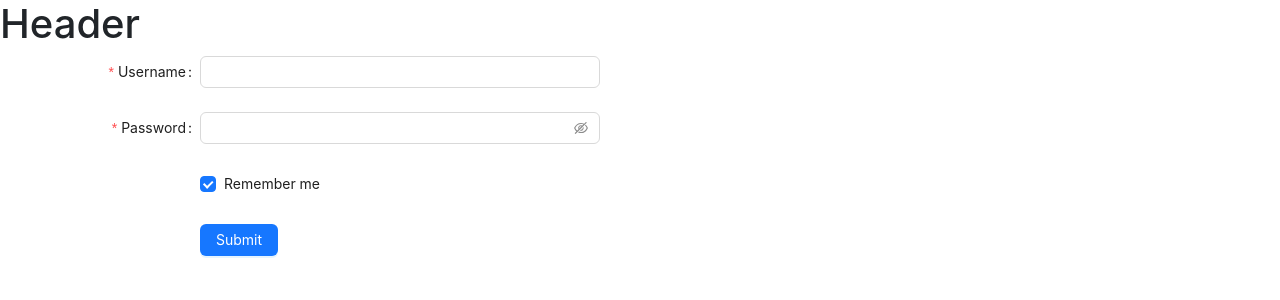
Repository: NguyenHuu001/HeTTT
Page: /login
The author's editor kept a copy of each file at every save. The page is drawn from the files as they stood at one save, then again after the next save.
The browser window is 1280 px wide. The pictures show the whole page.
The project was rebuilt for these pictures with package versions that can differ from the ones it lists, and the page was loaded fresh each time. Also part of the build but not shown: webpack.config.js, src/pages/home/index.js.

Above is the page before, as saved 2023-08-27 14:04:10.

After the next save:
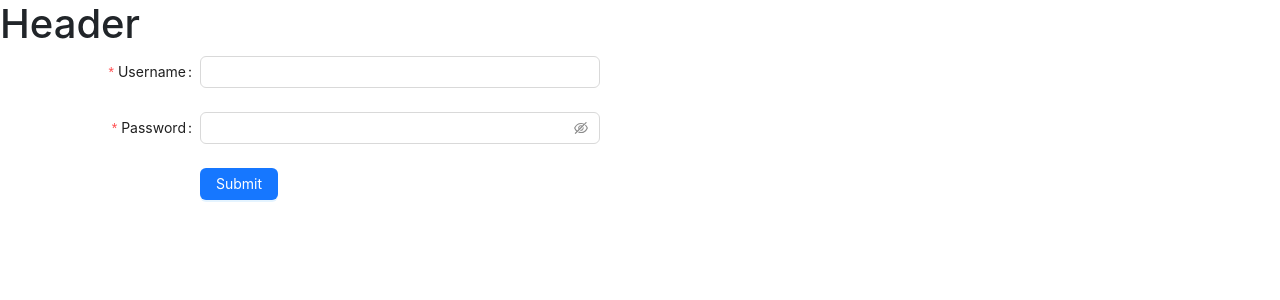
Saved 82 s later.
--- a/src/pages/login/index.js
+++ b/src/pages/login/index.js
@@ -87,17 +87,6 @@ function Login() {
                 </Form.Item>
 
                 <Form.Item
-                    name="remember"
-                    valuePropName="checked"
-                    wrapperCol={{
-                        offset: 8,
-                        span: 16,
-                    }}
-                >
-                    <Checkbox>Remember me</Checkbox>
-                </Form.Item>
-
-                <Form.Item
                     wrapperCol={{
                         offset: 8,
                         span: 16,
